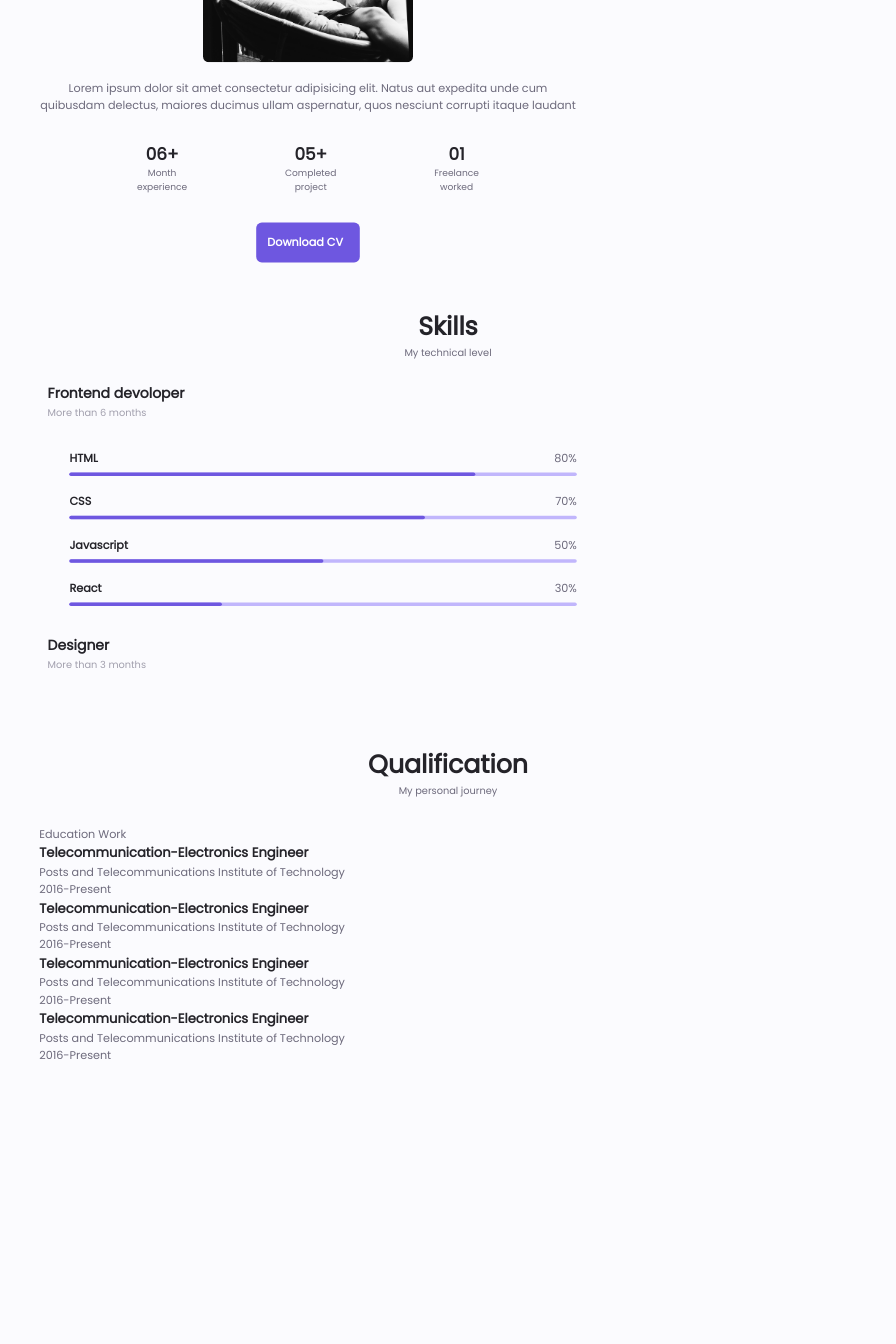
Repository: Datt21/portfolio
Page: index.html
These files come from the project's save history. The page is drawn as it stood at one moment and after the next save; the edit follows.
The browser window is 1280 px wide. The pictures show the part of the page from y = 917 to 2837 px (the page is 2837 px tall), at 70% of full size.
Some icons come from a web library that is not loaded, so they are not drawn.

Above is the page before, as saved 2021-07-10 18:28:26.

After the next save:
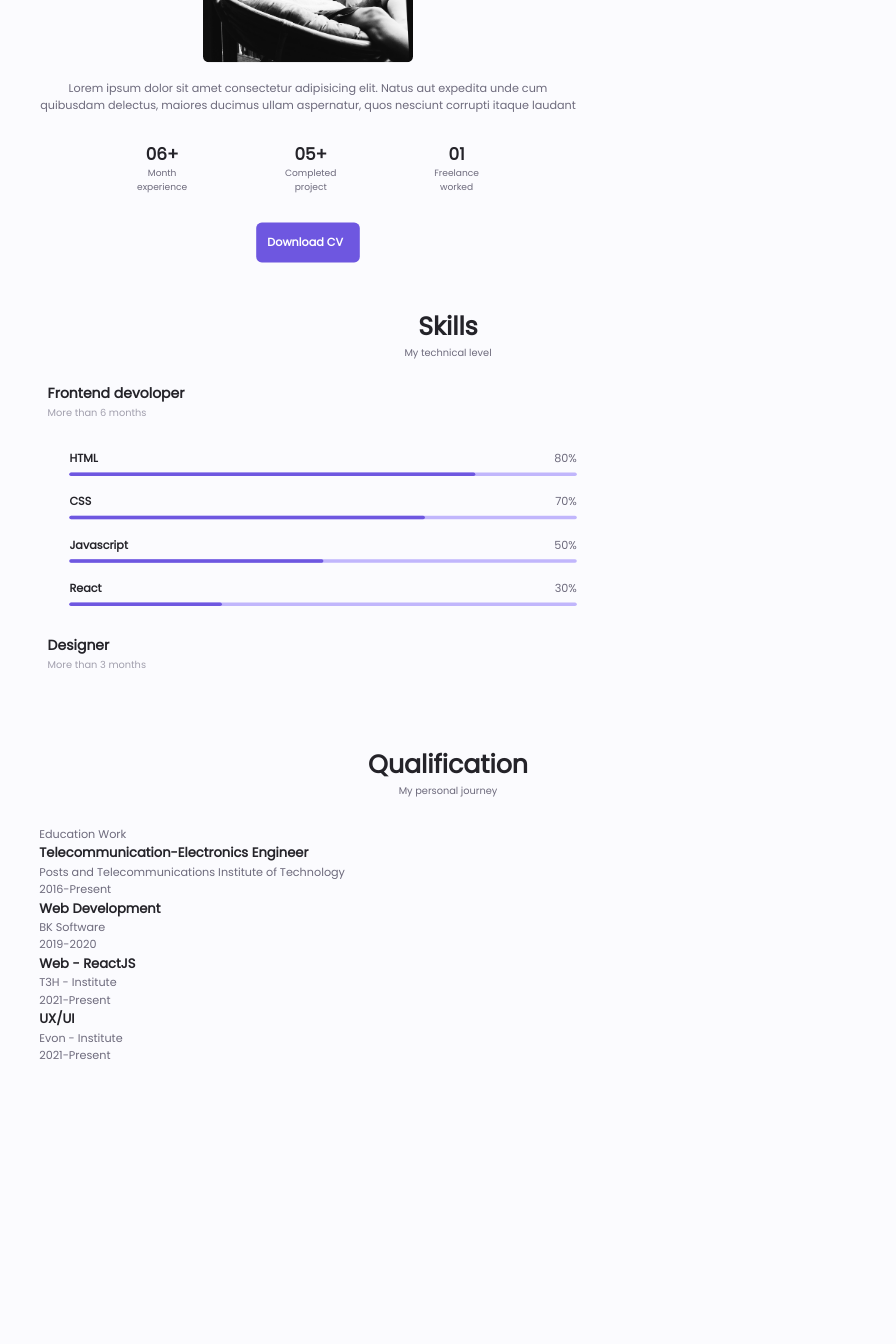
Saved 12 min 1 s later.
--- a/index.html
+++ b/index.html
@@ -305,53 +305,60 @@
 
                             <!-- Qualification 2 -->
                             <div class="qualification__data">
-                                <div>
-                                    <h3 class="qualification__title"> Telecommunication-Electronics Engineer</h3>
-                                    <span class="qualification__subtitle">Posts and Telecommunications Institute of Technology</span>
+                                <div></div>
+
+                                <div>
+                                    <span class="qualification__rounder"></span>
+                                    <span class="qualification__line"></span>
+                                </div>
+
+                                <div>
+                                    <h3 class="qualification__title"> Web Development</h3>
+                                    <span class="qualification__subtitle">BK Software</span>
                                     <div class="qualification__calendar">
                                         <i class="uil uil-calendar-alt"></i>
-                                        2016-Present
+                                        2019-2020
                                     </div>
                                 </div>
 
-                                <div>
-                                    <div class="qualification__rounder"></div>
-                                    <div class="qualification__line"></div>
-                                </div>
+
                             </div>
 
                             <!-- Qualification 3 -->
                             <div class="qualification__data">
                                 <div>
-                                    <h3 class="qualification__title"> Telecommunication-Electronics Engineer</h3>
-                                    <span class="qualification__subtitle">Posts and Telecommunications Institute of Technology</span>
+                                    <h3 class="qualification__title"> Web - ReactJS</h3>
+                                    <span class="qualification__subtitle">T3H - Institute</span>
                                     <div class="qualification__calendar">
                                         <i class="uil uil-calendar-alt"></i>
-                                        2016-Present
+                                        2021-Present
                                     </div>
                                 </div>
 
                                 <div>
-                                    <div class="qualification__rounder"></div>
-                                    <div class="qualification__line"></div>
+                                    <span class="qualification__rounder"></span>
+                                    <span class="qualification__line"></span>
                                 </div>
                             </div>
 
                             <!-- Qualification 4 -->
                             <div class="qualification__data">
-                                <div>
-                                    <h3 class="qualification__title"> Telecommunication-Electronics Engineer</h3>
-                                    <span class="qualification__subtitle">Posts and Telecommunications Institute of Technology</span>
+                                <div></div>
+
+                                <div>
+                                    <span class="qualification__rounder"></span>
+                                    <!-- <span class="qualification__line"></span> -->
+                                </div>
+
+                                <div>
+                                    <h3 class="qualification__title"> UX/UI</h3>
+                                    <span class="qualification__subtitle">Evon - Institute</span>
                                     <div class="qualification__calendar">
                                         <i class="uil uil-calendar-alt"></i>
-                                        2016-Present
+                                        2021-Present
                                     </div>
                                 </div>
 
-                                <div>
-                                    <div class="qualification__rounder"></div>
-                                    <div class="qualification__line"></div>
-                                </div>
                             </div>
                         </div>
                     </div>
